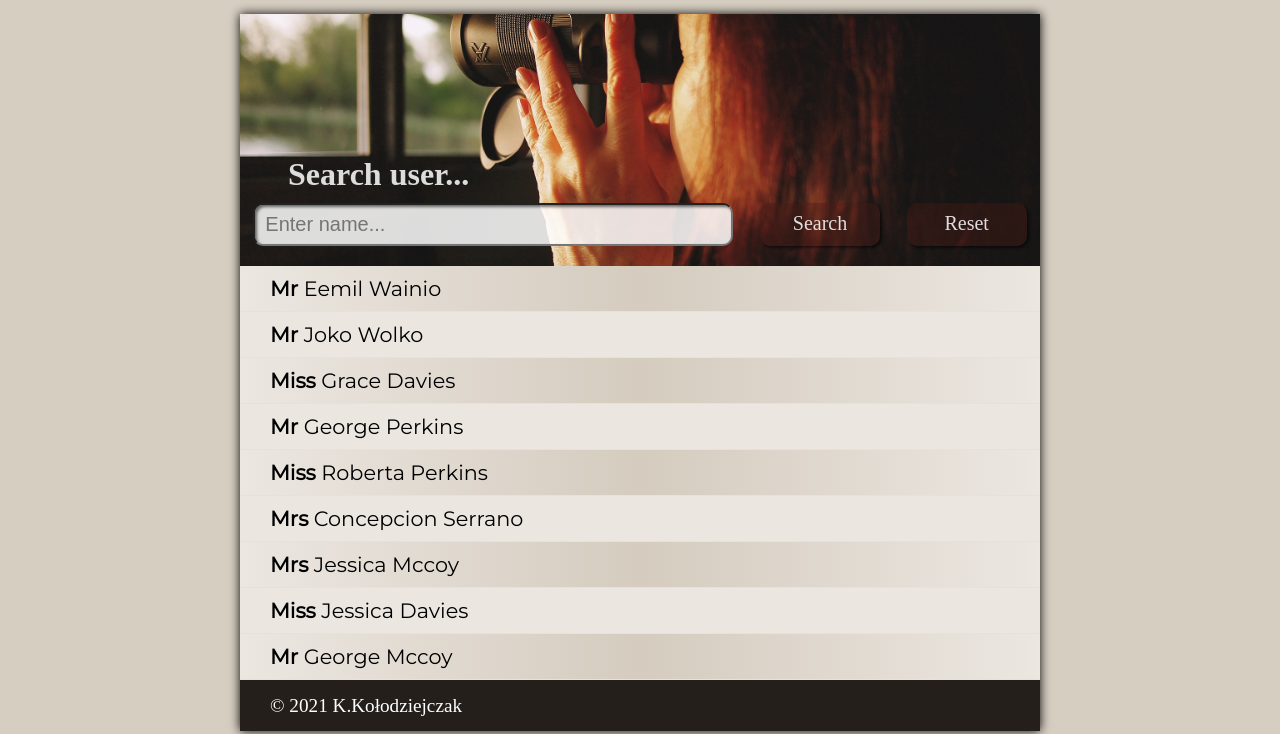
Repository: KrzysKolo/sr_tydzien5_zad4
Page: /
These files come from the project's save history. The page is drawn as it stood at one moment and after the next save; the edit follows.
The browser window is 1280 px wide. The pictures show the whole page.
Some web fonts or font styles are not loaded; a fallback is used. The project was rebuilt for these pictures with package versions that can differ from the ones it lists, and the page was loaded fresh each time.

Above is the page before, as saved 2021-01-03 23:56:41.

After the next save:
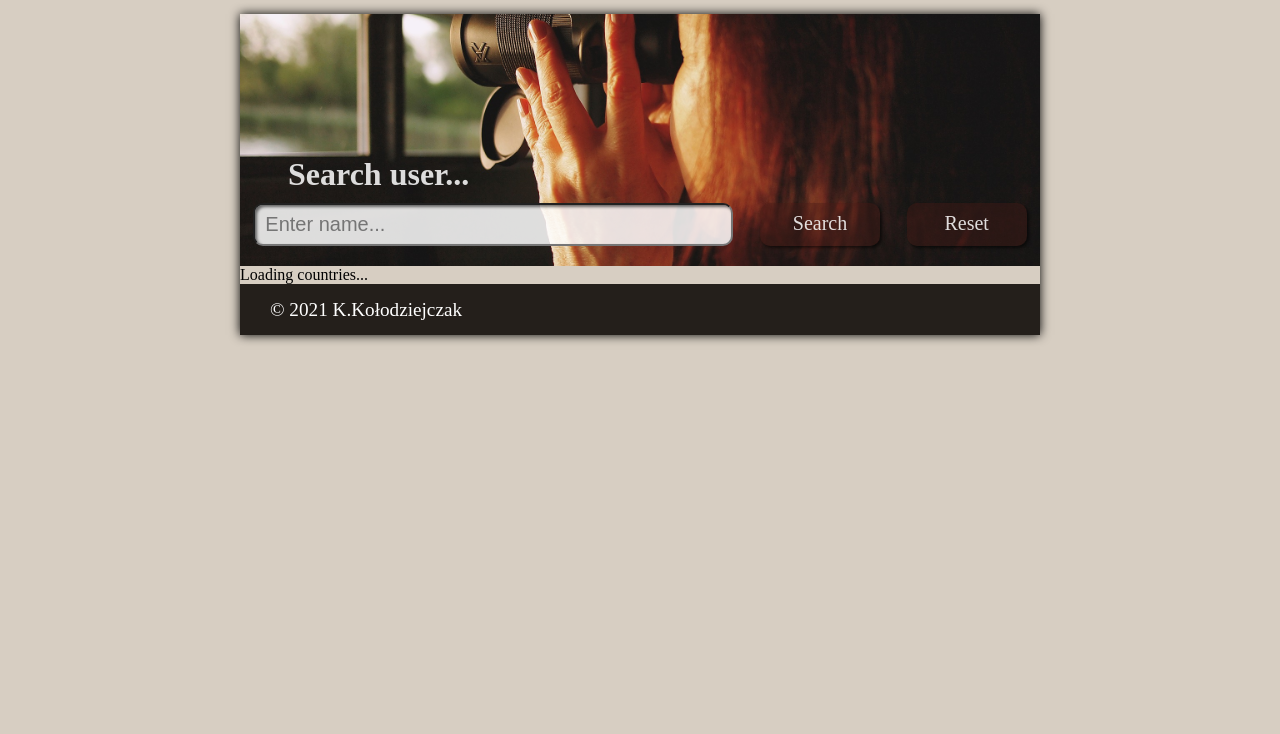
Saved 3 min 12 s later.
--- a/src/components/UsersContainer.js
+++ b/src/components/UsersContainer.js
@@ -14,7 +14,7 @@ const UsersContainer = () => {
       .then(data => {
         console.log(data.users);
         setUsers(data.users);
-        setLoading(false);
+        setLoading(true);
       })
     }, []);
 

After the save that followed:
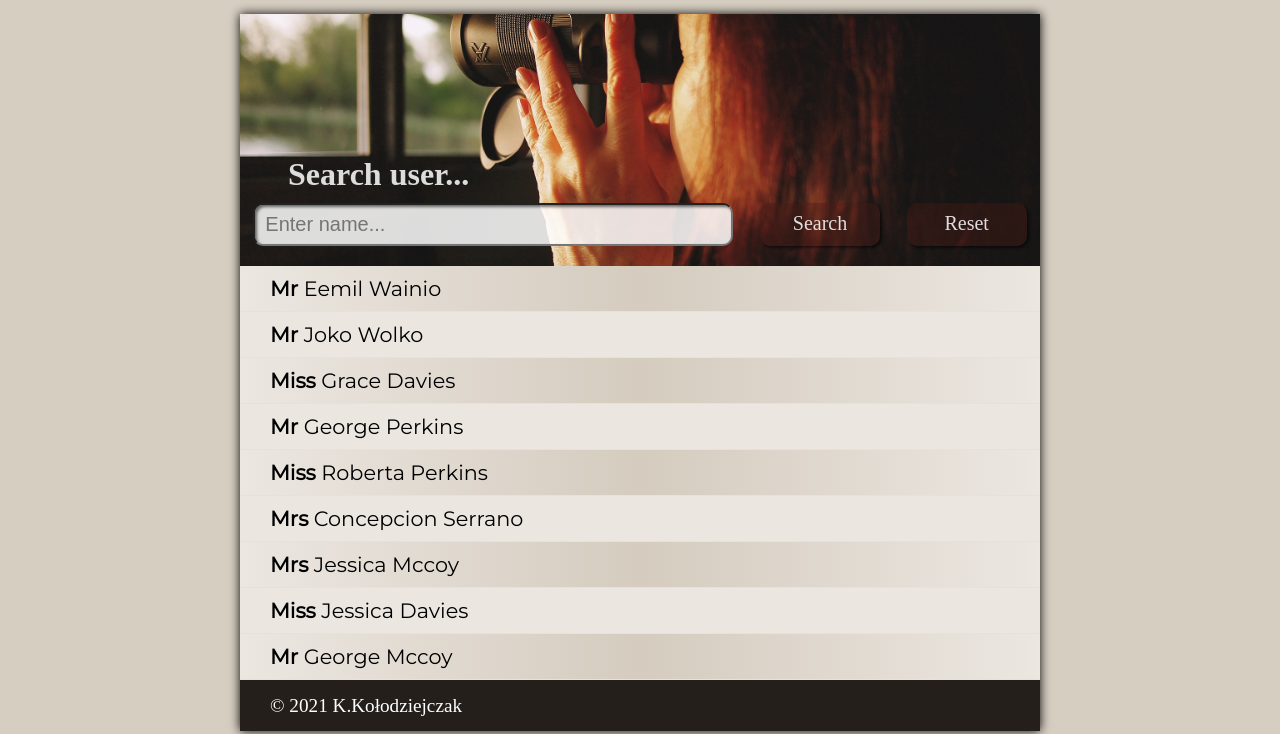
Saved 27 s later.
--- a/src/components/UsersContainer.js
+++ b/src/components/UsersContainer.js
@@ -14,7 +14,7 @@ const UsersContainer = () => {
       .then(data => {
         console.log(data.users);
         setUsers(data.users);
-        setLoading(true);
+        setLoading(false);
       })
     }, []);
 
